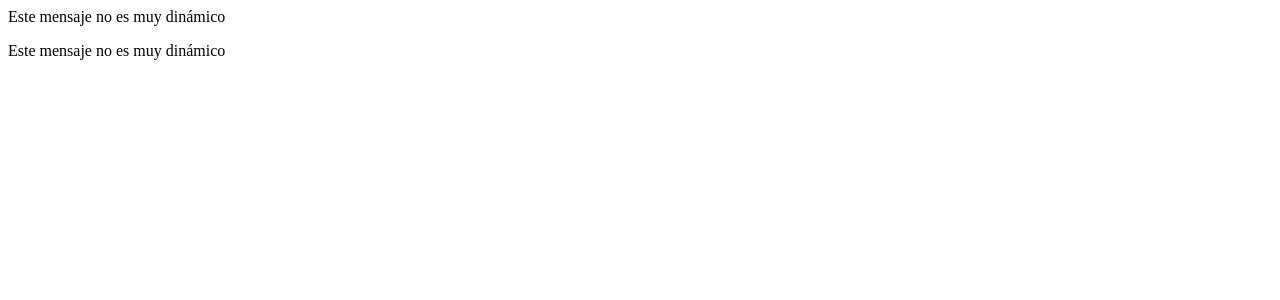
Repository: luisburgosvilca/servlets
Page: http://localhost/1-JSPServlets/index.jsp
These files come from the project's save history. The page is drawn as it stood at one moment and after the next save; the edit follows.
The browser window is 1280 px wide. The pictures show the whole page.
The page is served by Tomcat 9.

Above is the page before, as saved 2019-02-19 21:15:17.

After the next save:
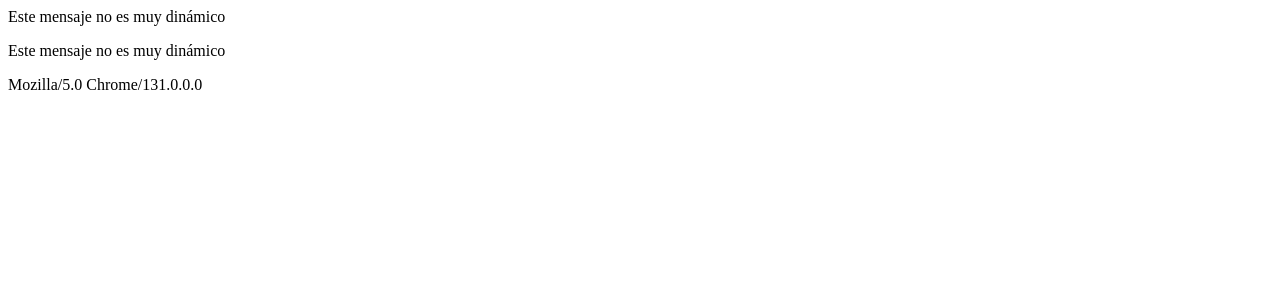
Saved 106 s later.
--- a/1-JSPServlets/WebContent/index.jsp
+++ b/1-JSPServlets/WebContent/index.jsp
@@ -15,5 +15,7 @@
 
 	<p>Este mensaje no es muy dinámico</p>
 
+	<% out.println(request.getHeader("USER-AGENT")); %>
+
 </body>
 </html>
